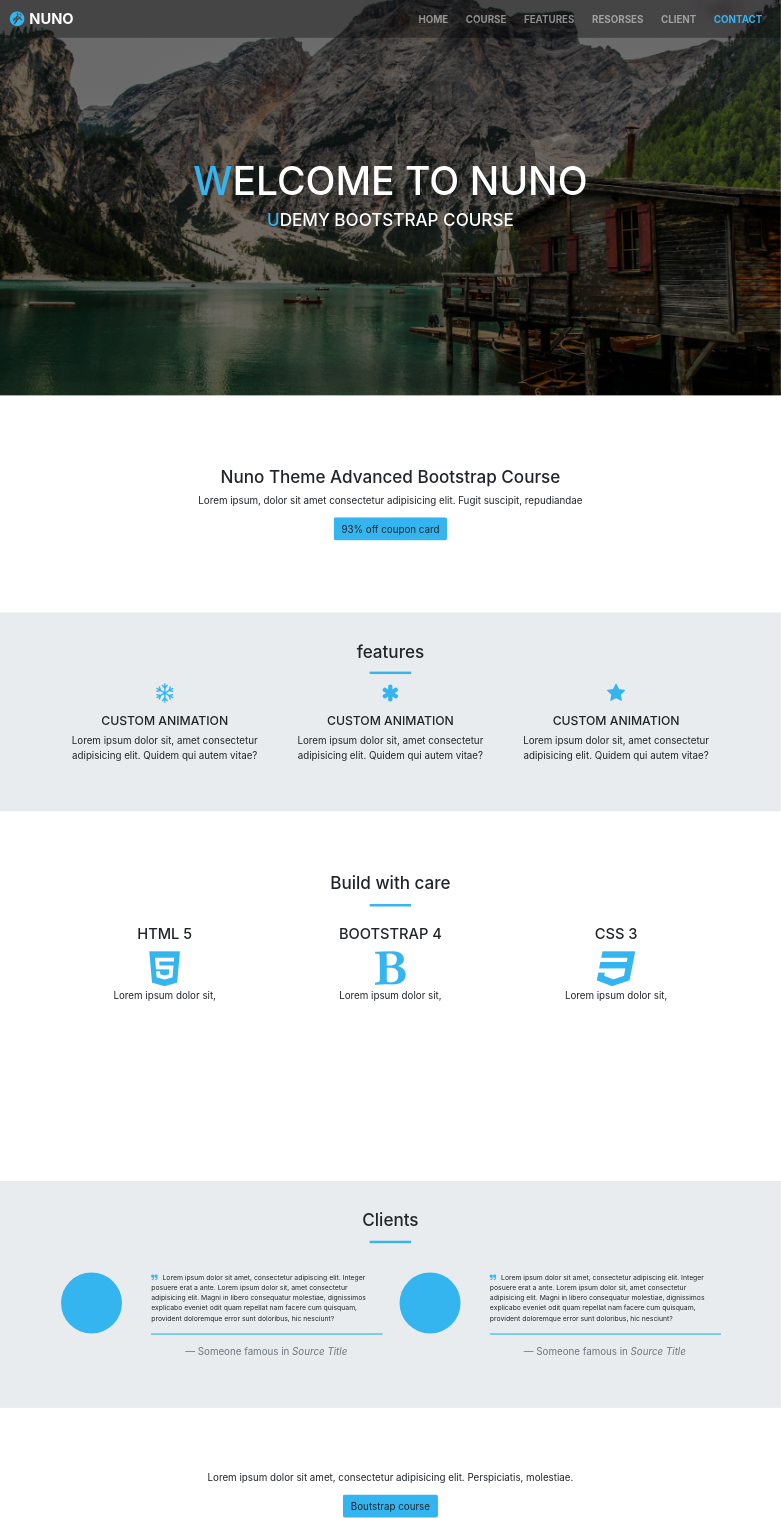
Repository: Mietlicha/bootstrap_template_exercise
Page: index.html
The author's editor kept a copy of each file at every save. The page is drawn from the files as they stood at one save, then again after the next save.
The browser window is 1280 px wide. The pictures show the whole page, at 61% of full size.

Above is the page before, as saved 2019-11-19 23:25:18.

After the next save:
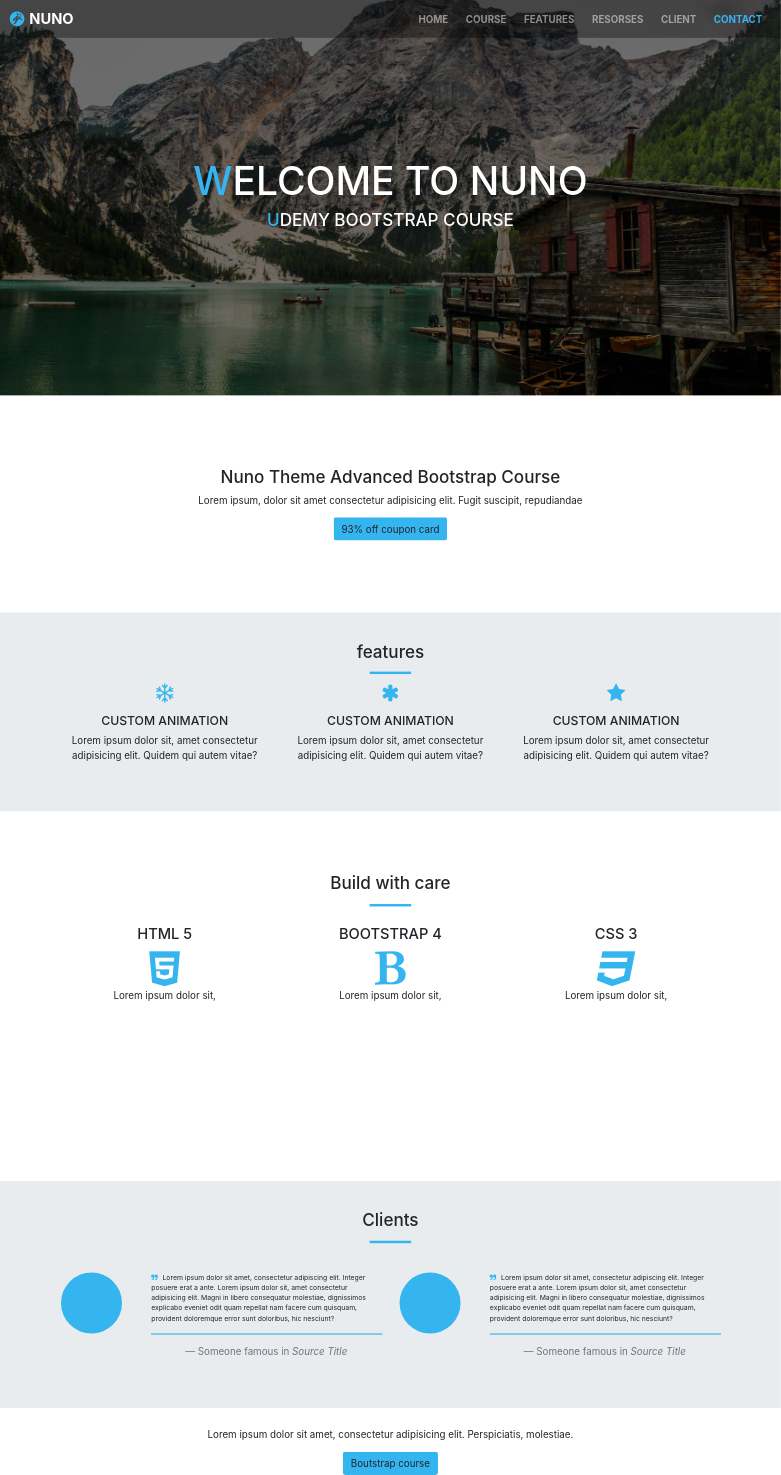
Saved 27 s later.
--- a/index.html
+++ b/index.html
@@ -132,10 +132,10 @@
                 </div>
             </div>
         </section>
-        <section class="text-center">
+        <aside class="text-center">
             <p>Lorem ipsum dolor sit amet, consectetur adipisicing elit. Perspiciatis, molestiae.</p>
             <a href="#" class="btn btn-md" target="_blnk">Boutstrap course</a>
-        </section>
+        </aside>
     </section>
     <!--------------------footer-------------------->
     <footer id="contact">
